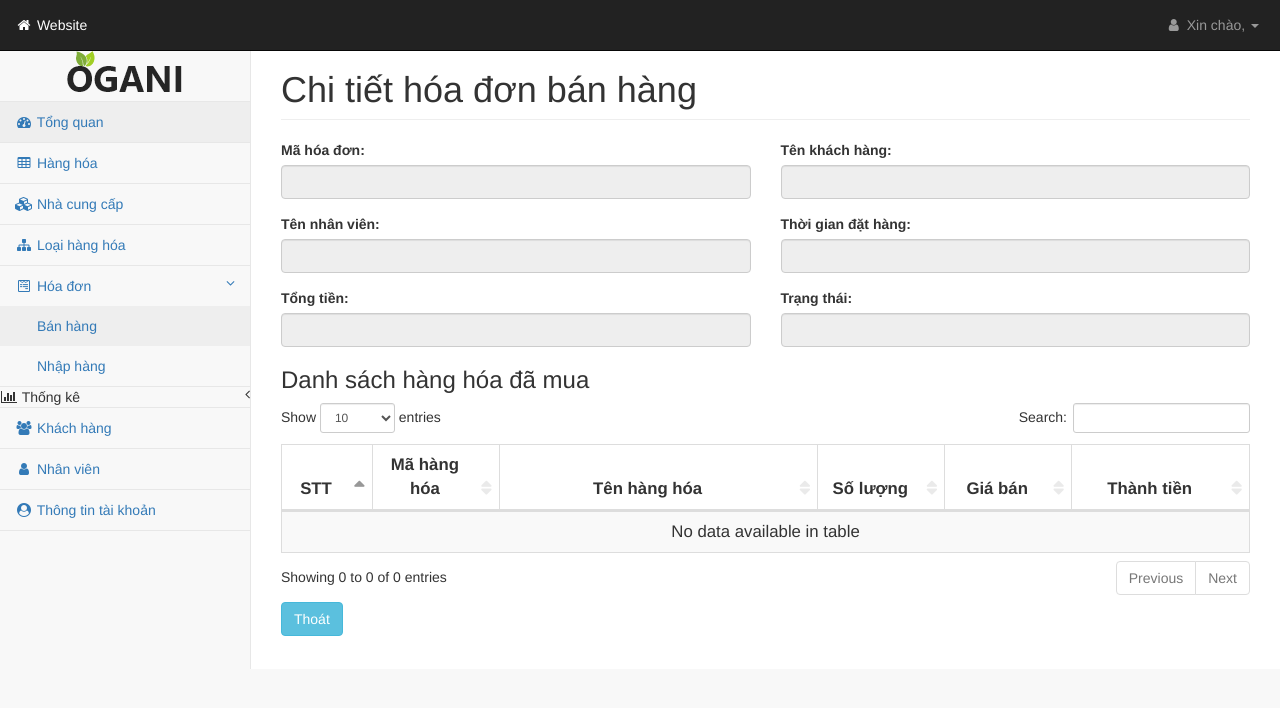
Repository: Hoang-2363/Web_Ban_Hang_JSP_Servlet_CB
Page: http://localhost/QL_BH/admin/hd_bh_ct.jsp
An editor plug-in stored every save of this project. The page is shown before and after the next save, followed by the edit.
The browser window is 1280 px wide. The pictures show the whole page.
The page is served by Tomcat 10. Other server files are loaded and not shown. The template is opened directly, without the code that normally fills it, so the values that code supplies are empty.

Above is the page before, as saved 2024-06-19 03:09:46.

### QL_BH/src/main/webapp/admin/hd_bh_ct.jsp
<%@ page language="java" contentType="text/html; charset=UTF-8"
	pageEncoding="UTF-8"%>
<%@taglib prefix="c" uri="http://java.sun.com/jsp/jstl/core"%>
<%@ taglib prefix="fmt" uri="http://java.sun.com/jsp/jstl/fmt"%>
<!DOCTYPE html>
<html lang="en">
<head>
<meta charset="UTF-8">
<meta http-equiv="X-UA-Compatible" content="IE=edge">
<meta name="viewport" content="width=device-width, initial-scale=1">
<meta name="description" content="">
<meta name="author" content="">

<title>Siêu thị Organi</title>
<!-- Icon Title -->
<link rel="icon" type="image/x-icon" href="../page/img/title.ico">

<!-- Bootstrap Core CSS -->
<link href="css/bootstrap.min.css" rel="stylesheet">

<!-- MetisMenu CSS -->
<link href="css/metisMenu.min.css" rel="stylesheet">

<!-- DataTables CSS -->
<link href="css/dataTables/dataTables.bootstrap.css" rel="stylesheet">

<!-- DataTables Responsive CSS -->
<link href="css/dataTables/dataTables.responsive.css" rel="stylesheet">

<!-- Custom CSS -->
<link href="css/startmin.css" rel="stylesheet">

<!-- Custom Fonts -->
<link href="css/font-awesome.min.css" rel="stylesheet" type="text/css">
<style>
th, tbody {
	text-align: center;
}
</style>
</head>

<body>

	<div id="wrapper">

		<!-- Navigation -->
		<nav class="navbar navbar-inverse navbar-fixed-top" role="navigation">
			<ul class="nav navbar-nav navbar-left navbar-top-links">
				<li><a href="http://localhost:8000/QL_BH/"><i
						class="fa fa-home fa-fw"></i> Website</a></li>
			</ul>

			<ul class="nav navbar-right navbar-top-links">
				<li class="dropdown"><a class="dropdown-toggle"
					data-toggle="dropdown" href="#"> <i class="fa fa-user fa-fw"></i>
						Xin chào, ${sessionScope.account.ho_ten_nv}<b class="caret"></b>
				</a>
					<ul class="dropdown-menu dropdown-user">
						<li><a href="thongtintk"><i class="fa fa-user fa-fw"></i>
								Thông tin tài khoản</a></li>

						<li class="divider"></li>
						<li><a href="logout"><i class="fa fa-sign-out fa-fw"></i>
								Đăng xuất</a></li>
					</ul></li>
			</ul>
			<!-- /.navbar-top-links -->
		</nav>

		<aside class="sidebar navbar-default" role="navigation">
			<div class="sidebar-nav navbar-collapse">
				<ul class="nav" id="side-menu">
					<li class="text-center"><img src="../page/img/logo.png"></li>
					<li><a href="trangchu" class="active"><i
							class="fa fa-dashboard fa-fw"></i> Tổng quan</a></li>

					<li><a href="hanghoa"><i class="fa fa-table fa-fw"></i>
							Hàng hóa</a></li>
					<li><a href="nhacungcap"><i class="fa fa-cubes fa-fw"></i>
							Nhà cung cấp</a></li>
					<li><a href="loaihanghoa"><i class="fa fa-sitemap fa-fw"></i>
							Loại hàng hóa</a></li>
					<li class="active">
                        <a href="#"><i class="fa fa-wpforms fa-fw"></i> Hóa đơn<span
						class="fa arrow"></span></a>
						<ul class="nav nav-second-level">
							<li><a href="hdbanhang" class="active">Bán hàng</a></li>
							<li><a href="hd_nh.html">Nhập hàng</a></li>
						</ul></li>
					<li><i class="fa fa-bar-chart-o fa-fw"></i> Thống kê<span
						class="fa arrow"></span></a>
						<ul class="nav nav-second-level">
							<li><a href="tk_dt_bh.html">Doanh thu bán hàng</a></li>
							<li><a href="tk_cp_nh.html">Chi phí nhập hàng</a></li>
							<li><a href="tk_kh.html">Khách hàng</a></li>
							<li><a href="tk_sp.html">Sản phẩm</a></li>
						</ul></li>
					<li><a href="khachhang"><i class="fa fa-users fa-fw"></i>
							Khách hàng</a></li>
					<li><a href="nhan_vien.jsp"><i class="fa fa-user fa-fw"></i>
							Nhân viên</a></li>
					<li><a href="thongtintk"><i
							class="fa fa-user-circle fa-fw"></i> Thông tin tài khoản</a></li>
				</ul>
			</div>
		</aside>
		<!-- /.sidebar -->

		<div id="page-wrapper">
			<div class="container-fluid">
				<div class="row">
					<div class="col-lg-12">
						<h1 class="page-header">Chi tiết hóa đơn bán hàng</h1>
					</div>
				</div>
				<div class="row">
					<div class="col-lg-12 col-xlg-12 col-md-12  ">
						<div class="card">
							<div class="card-body">
								<c:set var="c1" value="${requestScope.data1}" />
								<form class="form-horizontal form-material mx-2">
									<div class="form-group">
										<label class="col-md-6 mb-0">Mã hóa đơn: </label> <label
											class="col-md-6 mb-0">Tên khách hàng: </label>
										<div class="col-md-6">
											<input type="text" placeholder=""
												class="form-control ps-0 form-control-line" required
												readonly value="${c1.ma_hd_bh}" />
										</div>
										<div class="col-md-6">
											<input type="text" placeholder=""
												class="form-control ps-0 form-control-line" required
												readonly value="${c1.ten_kh}" />
										</div>
									</div>
									<div class="form-group">
										<label for="example-email" class="col-md-6">Tên nhân
											viên:</label> <label class="col-md-6 mb-0">Thời gian đặt
											hàng:</label>
										<div class="col-md-6">
											<input type="text" placeholder=""
												class="form-control ps-0 form-control-line"
												name="example-email" id="example-email" required readonly
												value="${c1.ten_nv}" />
										</div>
										<div class="col-md-6">
											<input type="text" placeholder=""
												class="form-control ps-0 form-control-line" required
												readonly value="${c1.ngay_xuat_hd}" />
										</div>
									</div>
									<div class="form-group">
										<label class="col-md-6 mb-0">Tổng tiền:</label> <label
											class="col-md-6 mb-0">Trạng thái:</label>
										<div class="col-md-6">
											<input type="text" placeholder=""
												class="form-control ps-0 form-control-line" required
												readonly
												value="<fmt:formatNumber
															value="${c1.tong_tien}" type="number" />" />
										</div>
										<div class="col-md-6">
											<input type="text" placeholder=""
												class="form-control ps-0 form-control-line" required
												readonly value="${c1.trang_thai}" />
										</div>
									</div>
									<h3 class="center">Danh sách hàng hóa đã mua</h3>
									<div class="table-responsive">
										<table class="table table-striped table-bordered table-hover"
											id="dataTables-example" style="font-size: 1.2em;">
											<thead>
												<tr>
													<th style="width: 30px; text-align: center;">STT</th>
													<th style="width: 60px; text-align: center;">Mã hàng
														hóa</th>
													<th style="width: 210px; text-align: center;">Tên hàng
														hóa</th>
													<th style="width: 60px; text-align: center;">Số lượng</th>
													<th style="width: 60px; text-align: center;">Giá bán</th>
													<th style="width: 100px; text-align: center;">Thành
														tiền</th>
												</tr>
											</thead>
											<tbody style="text-align: center;">
												<c:forEach items="${requestScope.data2}" var="c2"
													varStatus="status">
													<tr class="odd gradeX">
														<td style="vertical-align: middle;">${status.index + 1}</td>
														<td style="vertical-align: middle;">HH_${c2.ma_hang}</td>
														<td style="vertical-align: middle;">${c2.ten_hang}</td>
														<td style="vertical-align: middle;">${c2.so_luong}</td>
														<td style="vertical-align: middle;">${c2.gia_ban}</td>
														<td style="vertical-align: middle;">${c2.thanh_tien}</td>
													</tr>
												</c:forEach>
											</tbody>
										</table>
									</div>
									<div class="form-group">
										<div class="col-sm-12 d-flex">
											<a href="hdbanhang"
												class="btn btn-info mx-auto mx-md-0 text-white"> Thoát</a>
										</div>
									</div>
								</form>
							</div>
						</div>
					</div>

				</div>
			</div>
		</div>
	</div>
	<!-- jQuery -->
	<script src="js/jquery.min.js"></script>

	<!-- Bootstrap Core JavaScript -->
	<script src="js/bootstrap.min.js"></script>

	<!-- Metis Menu Plugin JavaScript -->
	<script src="js/metisMenu.min.js"></script>

	<!-- DataTables JavaScript -->
	<script src="js/dataTables/jquery.dataTables.min.js"></script>
	<script src="js/dataTables/dataTables.bootstrap.min.js"></script>

	<!-- Custom Theme JavaScript -->
	<script src="js/startmin.js"></script>

	<!-- Page-Level Demo Scripts - Tables - Use for reference -->
	<script>
		$(document).ready(function() {
			$('#dataTables-example').DataTable({
				responsive : true
			});
		});
	</script>
</body>

</html>

Loaded but not shown: QL_BH/src/main/webapp/admin/css/bootstrap.min.css (library); QL_BH/src/main/webapp/admin/css/metisMenu.min.css (common file); QL_BH/src/main/webapp/admin/css/dataTables/dataTables.bootstrap.css (common file); QL_BH/src/main/webapp/admin/css/dataTables/dataTables.responsive.css (common file); QL_BH/src/main/webapp/admin/css/font-awesome.min.css (library); QL_BH/src/main/webapp/admin/js/jquery.min.js (library); QL_BH/src/main/webapp/admin/js/bootstrap.min.js (library); QL_BH/src/main/webapp/admin/js/metisMenu.min.js (common file); QL_BH/src/main/webapp/admin/js/dataTables/jquery.dataTables.min.js (library); QL_BH/src/main/webapp/admin/js/dataTables/dataTables.bootstrap.min.js (common file); QL_BH/src/main/webapp/admin/js/startmin.js (36 lines, source omitted); QL_BH/src/main/webapp/admin/css/startmin.css (659 lines, source omitted)

After the next save:
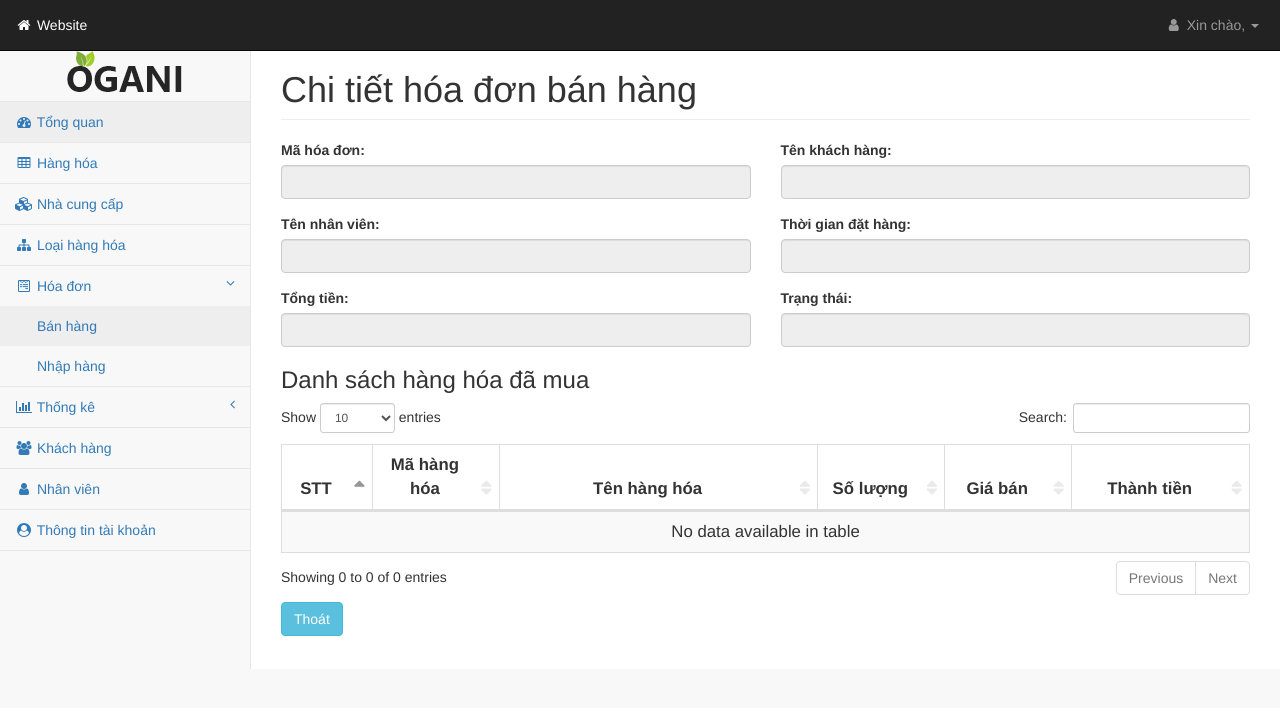
Saved 11 s later.
--- a/QL_BH/src/main/webapp/admin/hd_bh_ct.jsp
+++ b/QL_BH/src/main/webapp/admin/hd_bh_ct.jsp
@@ -87,7 +87,7 @@ th, tbody {
 							<li><a href="hdbanhang" class="active">Bán hàng</a></li>
 							<li><a href="hd_nh.html">Nhập hàng</a></li>
 						</ul></li>
-					<li><i class="fa fa-bar-chart-o fa-fw"></i> Thống kê<span
+					<li><a href="#"><i class="fa fa-bar-chart-o fa-fw"></i> Thống kê<span
 						class="fa arrow"></span></a>
 						<ul class="nav nav-second-level">
 							<li><a href="tk_dt_bh.html">Doanh thu bán hàng</a></li>
